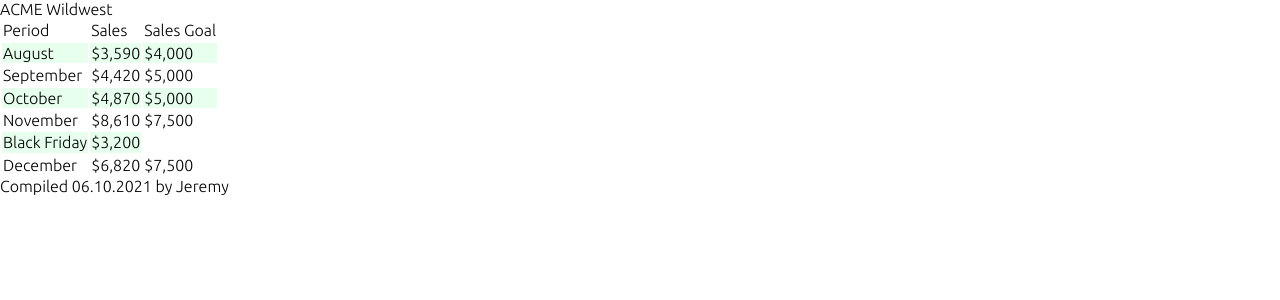
Repository: jknudsen97/jknudsen97.github.io
Page: W08 Activity/tablebuild.html
These files come from the project's save history. The page is drawn as it stood at one moment and after the next save; the edit follows.
The browser window is 1280 px wide. The pictures show the whole page.

Above is the page before, as saved 2021-06-10 14:09:58.

### W08 Activity/tablebuild.html
<!DOCTYPE html>
<html lang="en">
<head>
    <meta charset="UTF-8">
    <meta http-equiv="X-UA-Compatible" content="IE=edge">
    <meta name="viewport" content="width=device-width, initial-scale=1.0">
    <link rel="preconnect" href="https://fonts.gstatic.com">
    <link href="https://fonts.googleapis.com/css2?family=Ubuntu:wght@300&display=swap" rel="stylesheet">
    <link rel="stylesheet" href="https://cdnjs.cloudflare.com/ajax/libs/normalize/8.0.1/normalize.min.css">
    <link rel="stylesheet" href="css/main.css"/>
    <title>Table Build</title>
</head>
    <body>
        <table>
            <thead>ACME Wildwest</thead>
            <tbody>
            <tr>
                <td>Period</td>
                <td>Sales</td>
                <td>Sales Goal</td>
            </tr>
            <tr>
                <td>August</td>
                <td>$3,590</td>
                <td>$4,000</td>
            </tr>
            <tr>
                <td>September</td>
                <td>$4,420</td>
                <td>$5,000</td>
            </tr>
            <tr>
                <td>October</td>
                <td>$4,870</td>
                <td>$5,000</td>
            </tr>
            <tr>
                <td>November</td>
                <td>$8,610</td>
                <td class="unique">$7,500</td>
            </tr>
            <tr>
                <td>Black Friday</td>
                <td>$3,200</td>
            </tr>
            <tr>
                <td>December</td>
                <td>$6,820</td>
                <td>$7,500</td>
            </tr>
            </tbody>
        </table>
    </tfoot>Compiled 06.10.2021 by Jeremy</tfoot>
    </body>
</html>

### W08 Activity/css/main.css
thead{
    background-color: #e7f0ed;
}

body{
    font-family: 'Ubuntu', sans-serif;
}

tr:nth-child(2n){
    background-color: #e7ffed;
  }

After the next save:
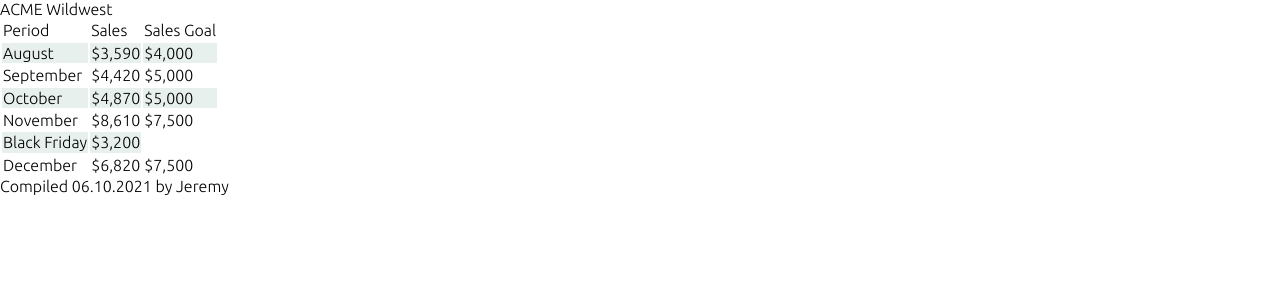
Saved 64 s later.
--- a/W08 Activity/css/main.css
+++ b/W08 Activity/css/main.css
@@ -7,5 +7,5 @@
 }
 
 tr:nth-child(2n){
-    background-color: #e7ffed;
+    background-color: #e7f0ed;
   }
